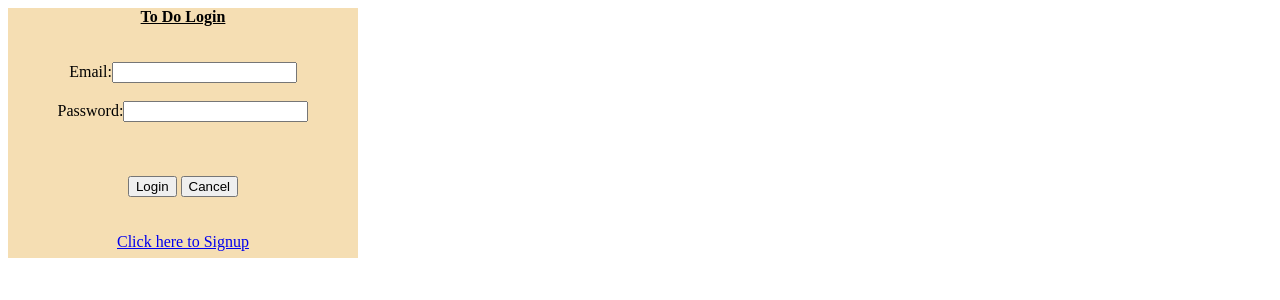
Repository: Spurthiv/todoapp
Page: Servlet_todo_app/src/main/webapp/Login.html
These files come from the project's save history. The page is drawn as it stood at one moment and after the next save; the edit follows.
The browser window is 1280 px wide. The pictures show the whole page.

Above is the page before, as saved 2023-11-22 07:21:13.

### Servlet_todo_app/src/main/webapp/Login.html
<!DOCTYPE html>
<html>
<head>
<meta charset="ISO-8859-1">
<title>Insert title here</title>
</head>
    <style>
        form {
            height: 250px;
            width: 350px;
            background-color: wheat;
            text-decoration-color: blueviolet;
            text-align: center;
            justify-content: center;

        }
    </style>
<body>

<form action="" method="get">
        <legend><u><b>To Do Login</b></u> </legend>
        <br><br>
        Email:<input type="email" name="email" /> <br><br>
        Password:<input type="text" name="pwd" /> <br><br><br /><br>
        <button type="submit" formaction="process">Login</button>
        <button type="reset" formaction="process">Cancel</button> <br><br><br>
        <a href="./Signup.html">Click here to Signup</a>
    </form>

</body>
</html>

After the next save:
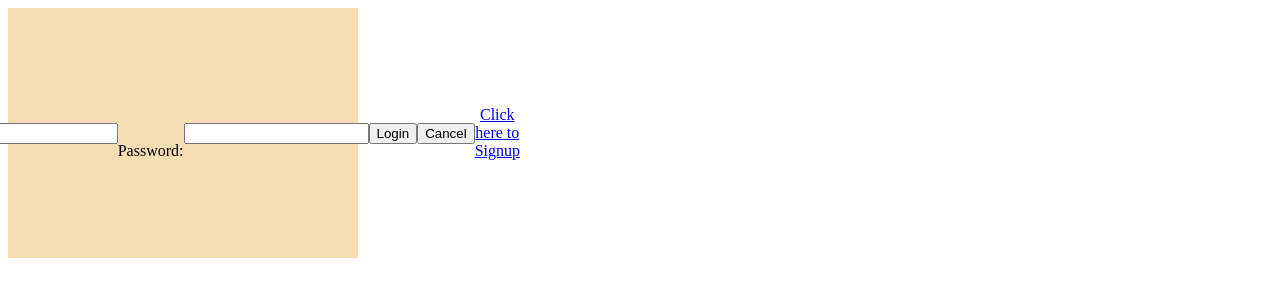
Saved 22 s later.
--- a/Servlet_todo_app/src/main/webapp/Login.html
+++ b/Servlet_todo_app/src/main/webapp/Login.html
@@ -11,7 +11,9 @@
             background-color: wheat;
             text-decoration-color: blueviolet;
             text-align: center;
+            display: flex;
             justify-content: center;
+            align-items: center;
 
         }
     </style>

After the save that followed:
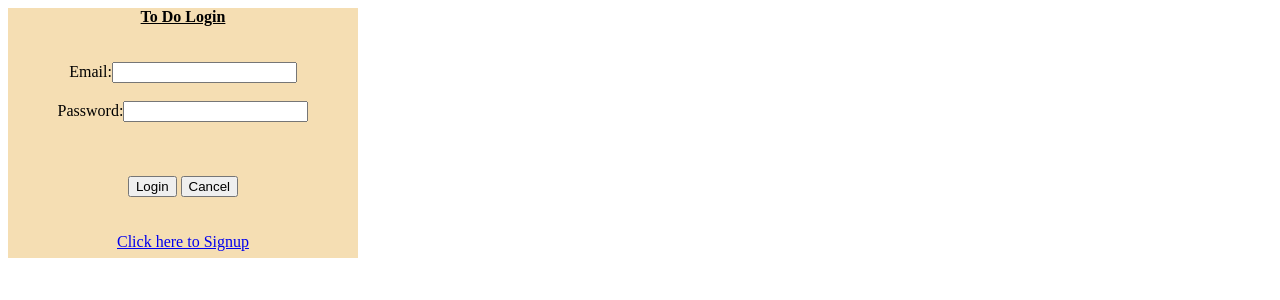
Saved 24 s later.
--- a/Servlet_todo_app/src/main/webapp/Login.html
+++ b/Servlet_todo_app/src/main/webapp/Login.html
@@ -11,9 +11,6 @@
             background-color: wheat;
             text-decoration-color: blueviolet;
             text-align: center;
-            display: flex;
-            justify-content: center;
-            align-items: center;
 
         }
     </style>
